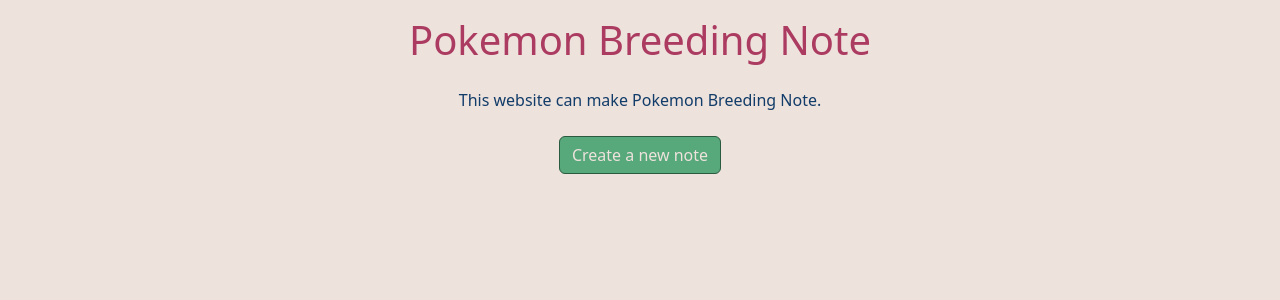
Repository: Losty522/PokemonBreedingNote
Page: /
An editor plug-in stored every save of this project. The page is shown before and after a run of saves, followed by the edit.
The browser window is 1280 px wide. The pictures show the whole page.
The project was rebuilt for these pictures with package versions that can differ from the ones it lists, and the page was loaded fresh each time. Also part of the build but not shown: vite.config.js, src/components/Create.css, src/components/form/Title.jsx, src/components/form/Natures.jsx, src/components/form/Abilities.jsx, src/components/form/Moves.jsx, src/components/form/HeldItem.jsx, src/components/form/TeraType.jsx and 7 more.

Above is the page before, as saved 2024-01-20 22:01:59.

After the next 2 saves:
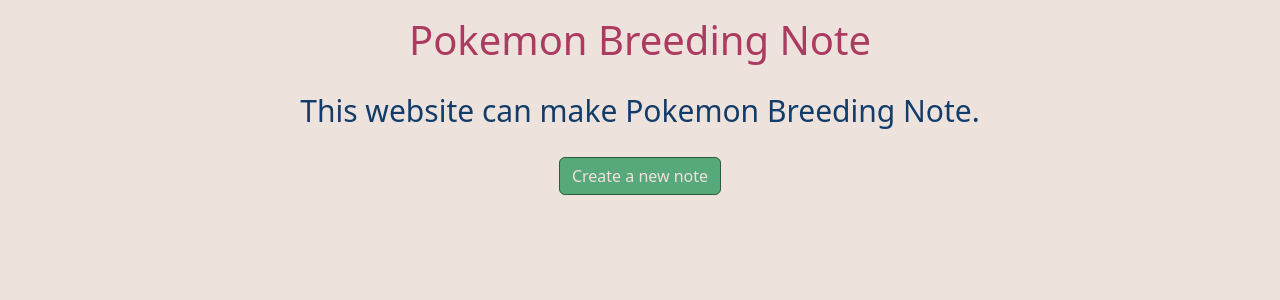
The 2 saves are shown as one change because 1 did not build or start.
The last was saved 25 s later.
--- a/src/components/Home.jsx
+++ b/src/components/Home.jsx
@@ -19,7 +19,9 @@
           <h1 className="title">Pokemon Breeding Note</h1>
         </Col>
 
-        <p className="text-lg">This website can make Pokemon Breeding Note.</p>
+        <p style={{ fontSize: "30px" }}>
+          This website can make Pokemon Breeding Note.
+        </p>
 
         <Col xs="auto" className="mb-3 mt-2">
           <Button
